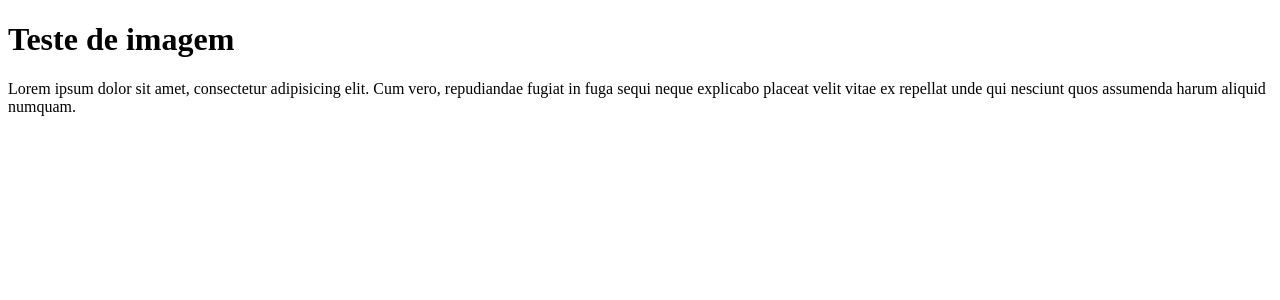
Repository: gustavotwist/html-css
Page: main.html
An editor plug-in stored every save of this project. The page is shown before and after a run of saves, followed by the edit.
The browser window is 1280 px wide. The pictures show the whole page.

Above is the page before, as saved 2024-04-14 17:06:30.

### main.html
<!DOCTYPE html>
<html lang="en">
<head>
    <meta charset="UTF-8">
    <meta name="viewport" content="width=device-width, initial-scale=1.0">
    <title>Document</title>
    <style>
        body {

        }
    </style>
</head>
<body>
    <main>
        <h1>Teste de imagem</h1>
        <p>Lorem ipsum dolor sit amet, consectetur adipisicing elit. Cum vero, repudiandae fugiat in fuga sequi neque explicabo placeat velit vitae ex repellat unde qui nesciunt quos assumenda harum aliquid numquam.
        </p>
    </main>
</body>
</html>

After the next 2 saves:
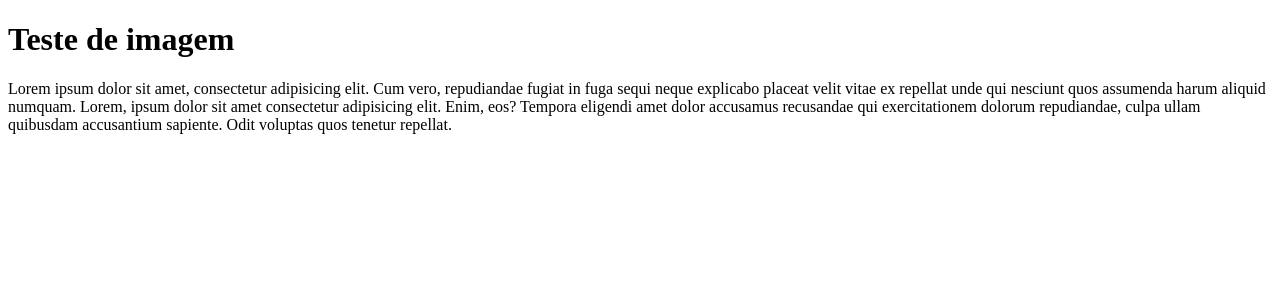
The 2 saves are shown as one change because they came seconds apart.
The last was saved 10 s later.
--- a/main.html
+++ b/main.html
@@ -13,7 +13,7 @@
 <body>
     <main>
         <h1>Teste de imagem</h1>
-        <p>Lorem ipsum dolor sit amet, consectetur adipisicing elit. Cum vero, repudiandae fugiat in fuga sequi neque explicabo placeat velit vitae ex repellat unde qui nesciunt quos assumenda harum aliquid numquam.
+        <p>Lorem ipsum dolor sit amet, consectetur adipisicing elit. Cum vero, repudiandae fugiat in fuga sequi neque explicabo placeat velit vitae ex repellat unde qui nesciunt quos assumenda harum aliquid numquam. Lorem, ipsum dolor sit amet consectetur adipisicing elit. Enim, eos? Tempora eligendi amet dolor accusamus recusandae qui exercitationem dolorum repudiandae, culpa ullam quibusdam accusantium sapiente. Odit voluptas quos tenetur repellat.
         </p>
     </main>
 </body>
